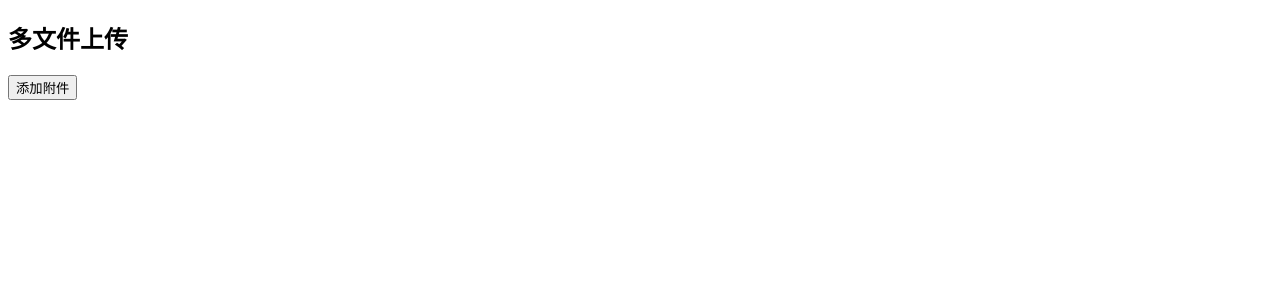
Repository: iamsongpeng/java-web-demo
Page: http://localhost/java-web-demo-upload-01/manyFileUpload.jsp
These files come from the project's save history. The page is drawn as it stood at one moment and after the next save; the edit follows.
The browser window is 1280 px wide. The pictures show the whole page.
The page is served by Tomcat 9. Other server files are loaded and not shown.

Above is the page before, as saved 2017-06-12 03:41:45.

### java-web-demo-upload-01/WebContent/manyFileUpload.jsp
<%@ page language="java" contentType="text/html; charset=UTF-8"
    pageEncoding="UTF-8"%>
<!DOCTYPE html PUBLIC "-//W3C//DTD HTML 4.01 Transitional//EN" "http://www.w3.org/TR/html4/loose.dtd">
<html>
<head>
<meta http-equiv="Content-Type" content="text/html; charset=UTF-8">
<title>Insert title here</title>
</head>
<body>
	<h2>多文件上传</h2>
	<form method="post" enctype="multipart/form-data" action="${pageContext.request.contextPath }/uploadFiles">
		<input type="button" value="添加附件" onclick="addItem()">
		<div id="uploadDiv">

		</div>
	</form>
</body>
</html>

After the next save:
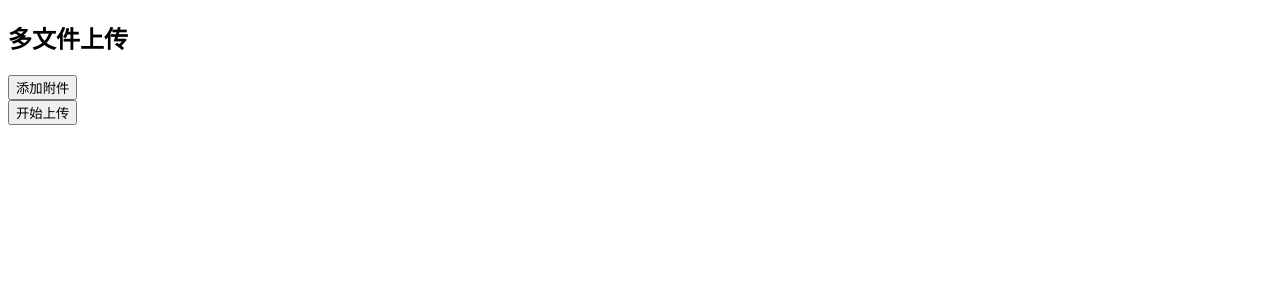
Saved 25 s later.
--- a/java-web-demo-upload-01/WebContent/manyFileUpload.jsp
+++ b/java-web-demo-upload-01/WebContent/manyFileUpload.jsp
@@ -13,6 +13,7 @@
 		<div id="uploadDiv">
 
 		</div>
+		<input type="submit" value="开始上传">
 	</form>
 </body>
 </html>
